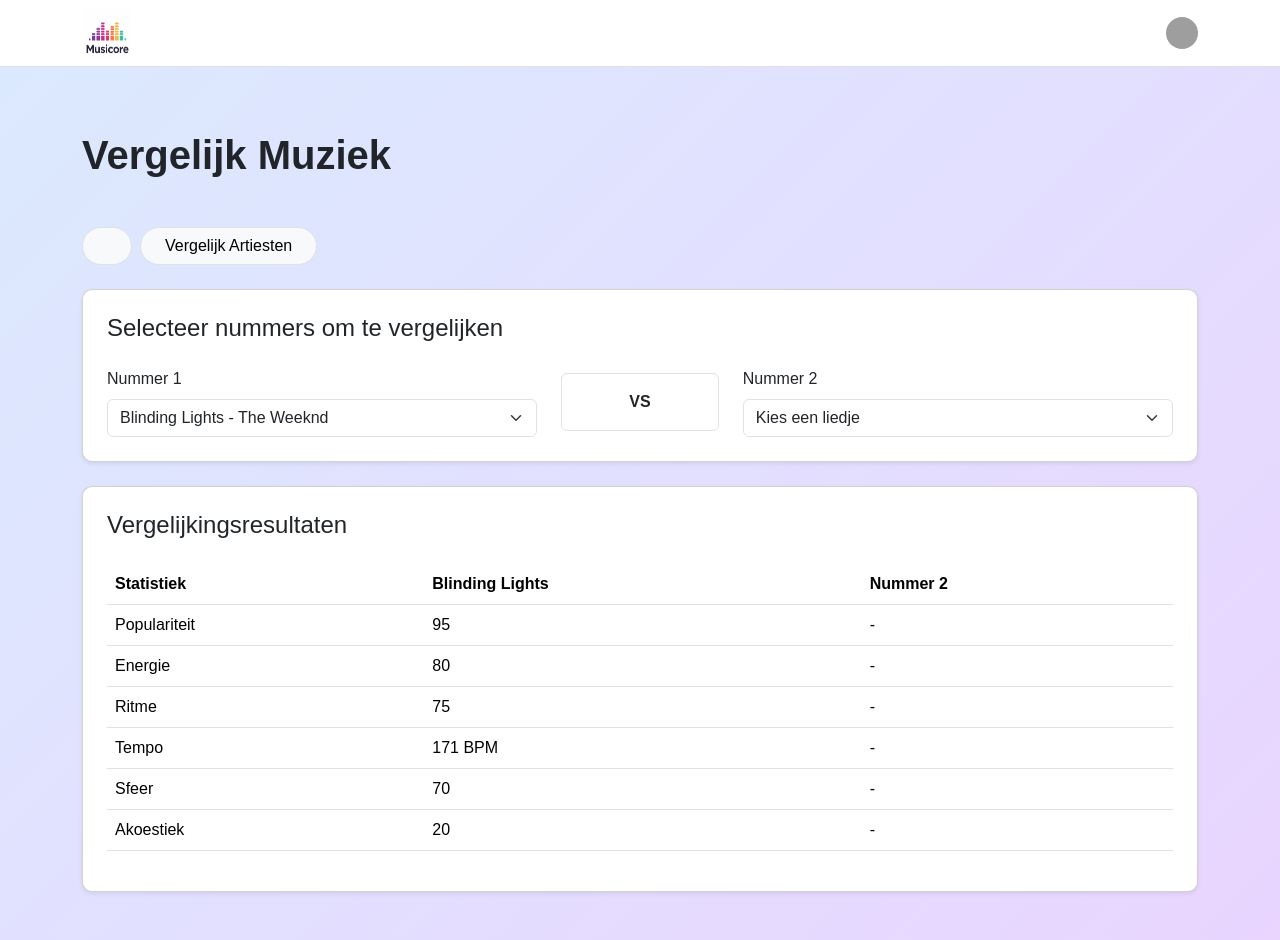
Repository: khadishat00/maskr
Page: maskr-frontend/compare.html
The author's editor kept a copy of each file at every save. The page is drawn from the files as they stood at one save, then again after the next save.
The browser window is 1280 px wide. The pictures show the whole page.
After loading, the first visible `#song1` was changed once.
Pictures or frames that could not be fetched are drawn as grey boxes.

Above is the page before, as saved 2026-04-28 11:20:35.

After the next save:
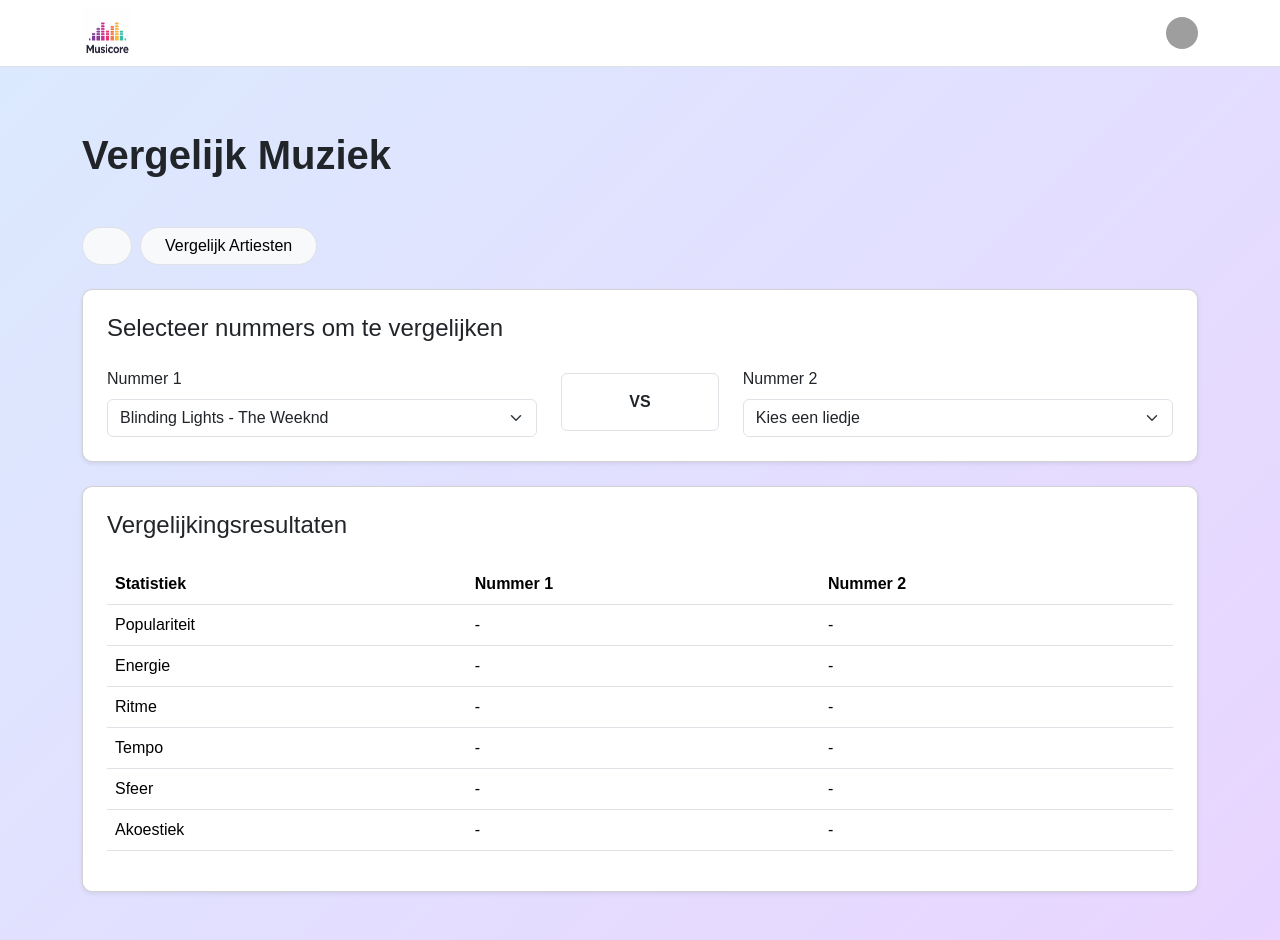
Console error: TypeError: Cannot set properties of null (setting 'src')
Saved 31 s later.
--- a/maskr-frontend/js/compare.js
+++ b/maskr-frontend/js/compare.js
@@ -2,78 +2,77 @@
 
 const songs = [
 {
-title: "Blinding Lights",
-artist: "The Weeknd",
-popularity: 95,
-energy: 80,
-dance: 75,
-tempo: 171,
-mood: 70,
-acoustic: 20
+title:"Blinding Lights",
+artist:"The Weeknd",
+popularity:95,
+cover:"https://images.unsplash.com/photo-1470225620780-dba8ba36b745?w=300"
 },
 {
-title: "Shape of You",
-artist: "Ed Sheeran",
-popularity: 92,
-energy: 65,
-dance: 83,
-tempo: 96,
-mood: 93,
-acoustic: 58
+title:"Shape of You",
+artist:"Ed Sheeran",
+popularity:92,
+cover:"https://images.unsplash.com/photo-1511671782779-c97d3d27a1d4?w=300"
 },
 {
-title: "STAY",
-artist: "The Kid LAROI",
-popularity: 91,
-energy: 88,
-dance: 79,
-tempo: 170,
-mood: 60,
-acoustic: 15
+title:"STAY",
+artist:"The Kid LAROI",
+popularity:91,
+cover:"https://images.unsplash.com/photo-1493225457124-a3eb161ffa5f?w=300"
+},
+{
+title:"Watermelon Sugar",
+artist:"Harry Styles",
+popularity:90,
+cover:"https://images.unsplash.com/photo-1507874457470-272b3c8d8ee2?w=300"
+},
+{
+title:"Heat Waves",
+artist:"Glass Animals",
+popularity:89,
+cover:"https://images.unsplash.com/photo-1501386761578-eac5c94b800a?w=300"
+},
+{
+title:"Levitating",
+artist:"Dua Lipa",
+popularity:88,
+cover:"https://images.unsplash.com/photo-1518972559570-7cc1309f3229?w=300"
 }
 ];
 
-const song1 = document.getElementById("song1");
-const song2 = document.getElementById("song2");
+const select1 = document.getElementById("song1");
+const select2 = document.getElementById("song2");
 
-/* dropdown vullen */
+// dropdown vullen
 songs.forEach(song => {
-    let option1 = document.createElement("option");
+    const option1 = document.createElement("option");
     option1.value = song.title;
     option1.textContent = `${song.title} - ${song.artist}`;
-    song1.appendChild(option1);
+    select1.appendChild(option1);
 
-    let option2 = document.createElement("option");
+    const option2 = document.createElement("option");
     option2.value = song.title;
     option2.textContent = `${song.title} - ${song.artist}`;
-    song2.appendChild(option2);
+    select2.appendChild(option2);
 });
 
-/* vergelijking updaten */
-function updateCompare() {
-    const first = songs.find(s => s.title === song1.value);
-    const second = songs.find(s => s.title === song2.value);
+function updateComparison() {
+    const songA = songs.find(s => s.title === select1.value);
+    const songB = songs.find(s => s.title === select2.value);
 
-    if (first) {
-        document.getElementById("title1").textContent = first.title;
-        document.getElementById("pop1").textContent = first.popularity;
-        document.getElementById("energy1").textContent = first.energy;
-        document.getElementById("dance1").textContent = first.dance;
-        document.getElementById("tempo1").textContent = first.tempo + " BPM";
-        document.getElementById("mood1").textContent = first.mood;
-        document.getElementById("acoustic1").textContent = first.acoustic;
+    if (songA) {
+        document.getElementById("cover1").src = songA.cover;
+        document.getElementById("title1").textContent = songA.title;
+        document.getElementById("artist1").textContent = songA.artist;
+        document.getElementById("pop1").textContent = songA.popularity;
     }
 
-    if (second) {
-        document.getElementById("title2").textContent = second.title;
-        document.getElementById("pop2").textContent = second.popularity;
-        document.getElementById("energy2").textContent = second.energy;
-        document.getElementById("dance2").textContent = second.dance;
-        document.getElementById("tempo2").textContent = second.tempo + " BPM";
-        document.getElementById("mood2").textContent = second.mood;
-        document.getElementById("acoustic2").textContent = second.acoustic;
+    if (songB) {
+        document.getElementById("cover2").src = songB.cover;
+        document.getElementById("title2").textContent = songB.title;
+        document.getElementById("artist2").textContent = songB.artist;
+        document.getElementById("pop2").textContent = songB.popularity;
     }
 }
 
-song1.addEventListener("change", updateCompare);
-song2.addEventListener("change", updateCompare);
+select1.addEventListener("change", updateComparison);
+select2.addEventListener("change", updateComparison);

After the save that followed:
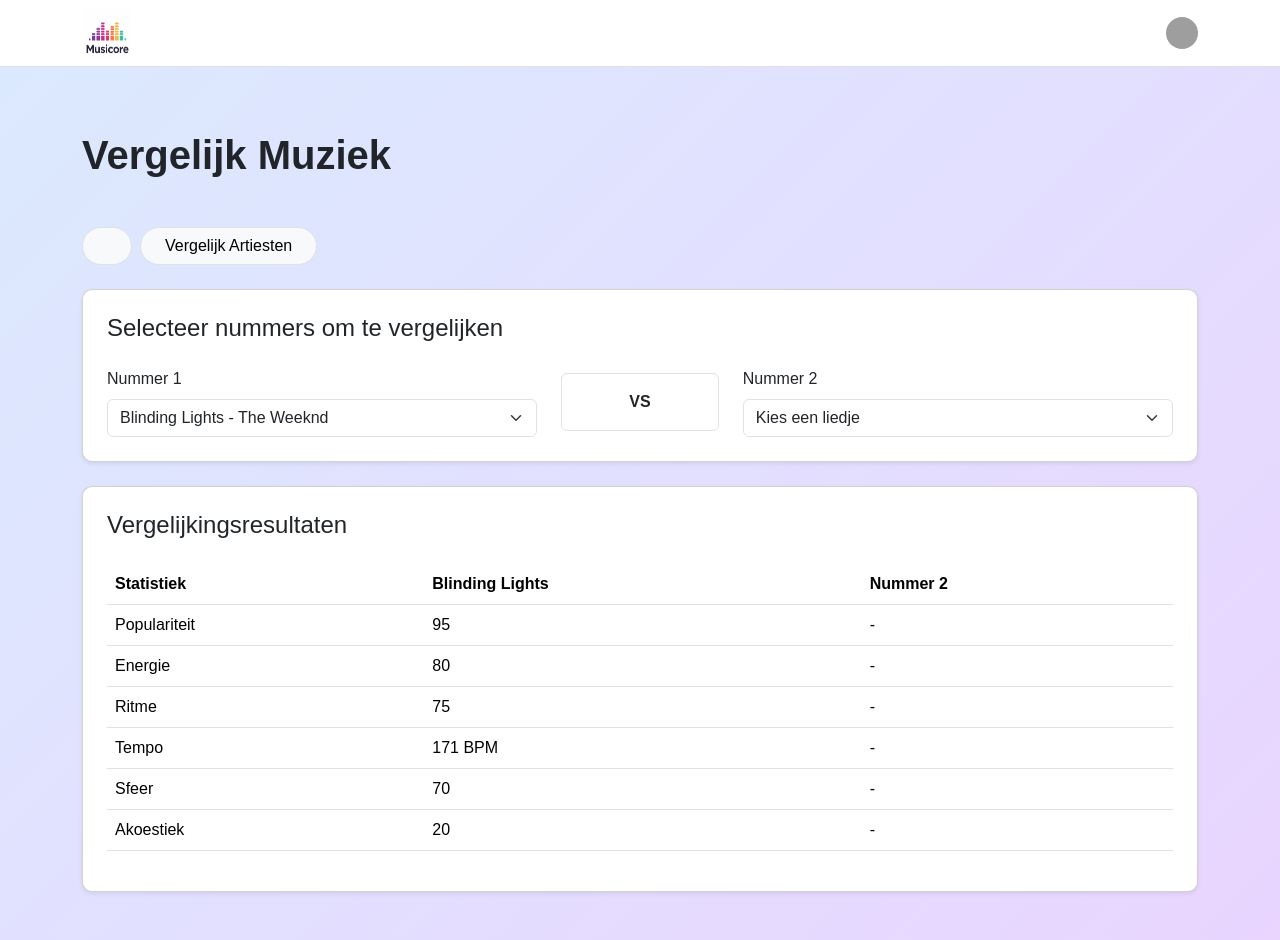
The error is gone.
Saved 21 s later.
--- a/maskr-frontend/js/compare.js
+++ b/maskr-frontend/js/compare.js
@@ -2,77 +2,78 @@
 
 const songs = [
 {
-title:"Blinding Lights",
-artist:"The Weeknd",
-popularity:95,
-cover:"https://images.unsplash.com/photo-1470225620780-dba8ba36b745?w=300"
+title: "Blinding Lights",
+artist: "The Weeknd",
+popularity: 95,
+energy: 80,
+dance: 75,
+tempo: 171,
+mood: 70,
+acoustic: 20
 },
 {
-title:"Shape of You",
-artist:"Ed Sheeran",
-popularity:92,
-cover:"https://images.unsplash.com/photo-1511671782779-c97d3d27a1d4?w=300"
+title: "Shape of You",
+artist: "Ed Sheeran",
+popularity: 92,
+energy: 65,
+dance: 83,
+tempo: 96,
+mood: 93,
+acoustic: 58
 },
 {
-title:"STAY",
-artist:"The Kid LAROI",
-popularity:91,
-cover:"https://images.unsplash.com/photo-1493225457124-a3eb161ffa5f?w=300"
-},
-{
-title:"Watermelon Sugar",
-artist:"Harry Styles",
-popularity:90,
-cover:"https://images.unsplash.com/photo-1507874457470-272b3c8d8ee2?w=300"
-},
-{
-title:"Heat Waves",
-artist:"Glass Animals",
-popularity:89,
-cover:"https://images.unsplash.com/photo-1501386761578-eac5c94b800a?w=300"
-},
-{
-title:"Levitating",
-artist:"Dua Lipa",
-popularity:88,
-cover:"https://images.unsplash.com/photo-1518972559570-7cc1309f3229?w=300"
+title: "STAY",
+artist: "The Kid LAROI",
+popularity: 91,
+energy: 88,
+dance: 79,
+tempo: 170,
+mood: 60,
+acoustic: 15
 }
 ];
 
-const select1 = document.getElementById("song1");
-const select2 = document.getElementById("song2");
+const song1 = document.getElementById("song1");
+const song2 = document.getElementById("song2");
 
-// dropdown vullen
+/* dropdown vullen */
 songs.forEach(song => {
-    const option1 = document.createElement("option");
+    let option1 = document.createElement("option");
     option1.value = song.title;
     option1.textContent = `${song.title} - ${song.artist}`;
-    select1.appendChild(option1);
+    song1.appendChild(option1);
 
-    const option2 = document.createElement("option");
+    let option2 = document.createElement("option");
     option2.value = song.title;
     option2.textContent = `${song.title} - ${song.artist}`;
-    select2.appendChild(option2);
+    song2.appendChild(option2);
 });
 
-function updateComparison() {
-    const songA = songs.find(s => s.title === select1.value);
-    const songB = songs.find(s => s.title === select2.value);
+/* vergelijking updaten */
+function updateCompare() {
+    const first = songs.find(s => s.title === song1.value);
+    const second = songs.find(s => s.title === song2.value);
 
-    if (songA) {
-        document.getElementById("cover1").src = songA.cover;
-        document.getElementById("title1").textContent = songA.title;
-        document.getElementById("artist1").textContent = songA.artist;
-        document.getElementById("pop1").textContent = songA.popularity;
+    if (first) {
+        document.getElementById("title1").textContent = first.title;
+        document.getElementById("pop1").textContent = first.popularity;
+        document.getElementById("energy1").textContent = first.energy;
+        document.getElementById("dance1").textContent = first.dance;
+        document.getElementById("tempo1").textContent = first.tempo + " BPM";
+        document.getElementById("mood1").textContent = first.mood;
+        document.getElementById("acoustic1").textContent = first.acoustic;
     }
 
-    if (songB) {
-        document.getElementById("cover2").src = songB.cover;
-        document.getElementById("title2").textContent = songB.title;
-        document.getElementById("artist2").textContent = songB.artist;
-        document.getElementById("pop2").textContent = songB.popularity;
+    if (second) {
+        document.getElementById("title2").textContent = second.title;
+        document.getElementById("pop2").textContent = second.popularity;
+        document.getElementById("energy2").textContent = second.energy;
+        document.getElementById("dance2").textContent = second.dance;
+        document.getElementById("tempo2").textContent = second.tempo + " BPM";
+        document.getElementById("mood2").textContent = second.mood;
+        document.getElementById("acoustic2").textContent = second.acoustic;
     }
 }
 
-select1.addEventListener("change", updateComparison);
-select2.addEventListener("change", updateComparison);
+song1.addEventListener("change", updateCompare);
+song2.addEventListener("change", updateCompare);
